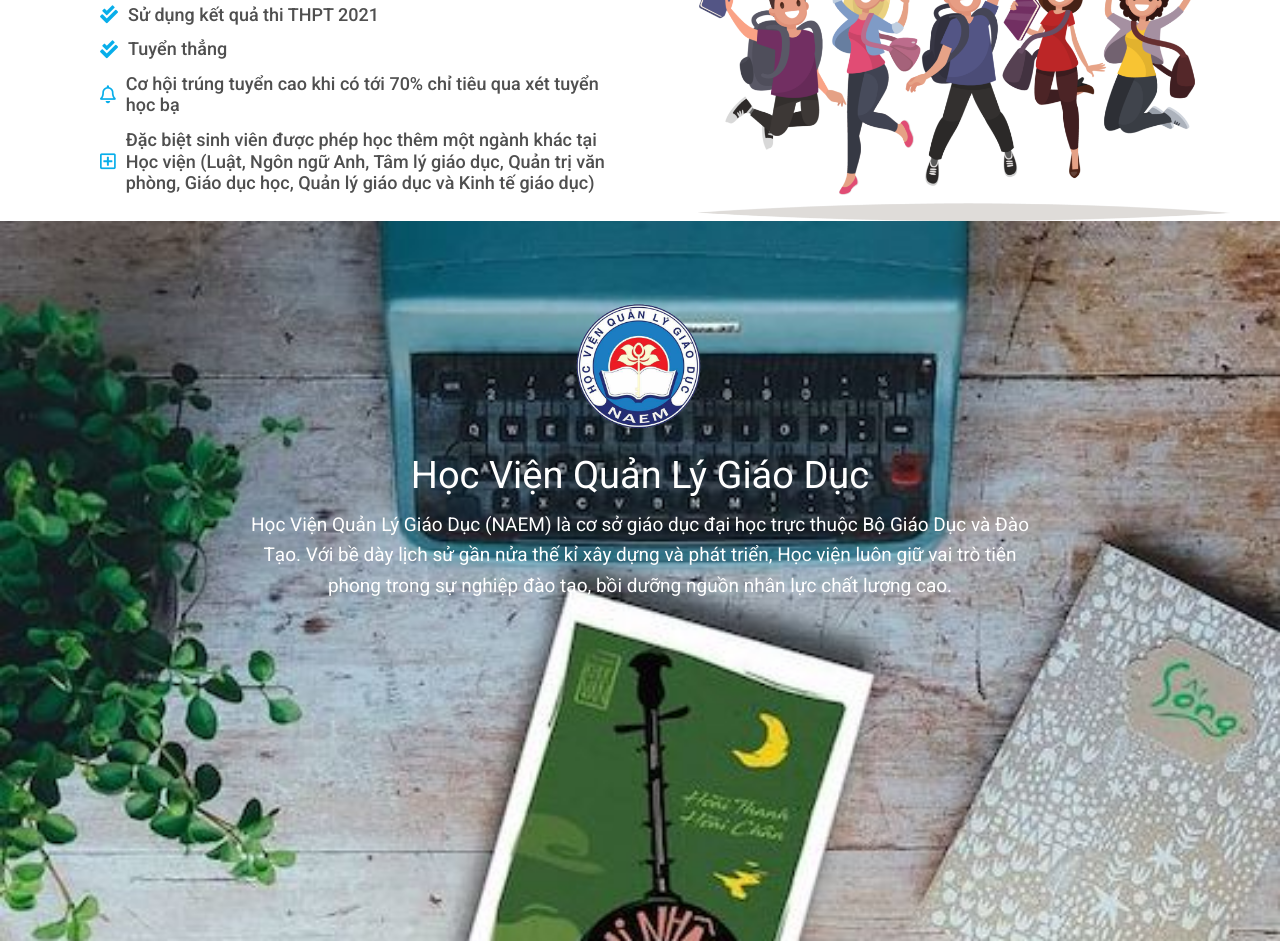
Repository: hongphuck1/trangweb1
Page: index.html
These files come from the project's save history. The page is drawn as it stood at one moment and after a run of saves; the edit follows.
The browser window is 1280 px wide. The page is 1288 px wide, so the pictures cover 1288 px, including what lies to the right of the window. The pictures show the part of the page from y = 872 to 1824 px (the page is 4941 px tall).

Above is the page before, as saved 2021-09-07 01:32:12.

After the next 4 saves:
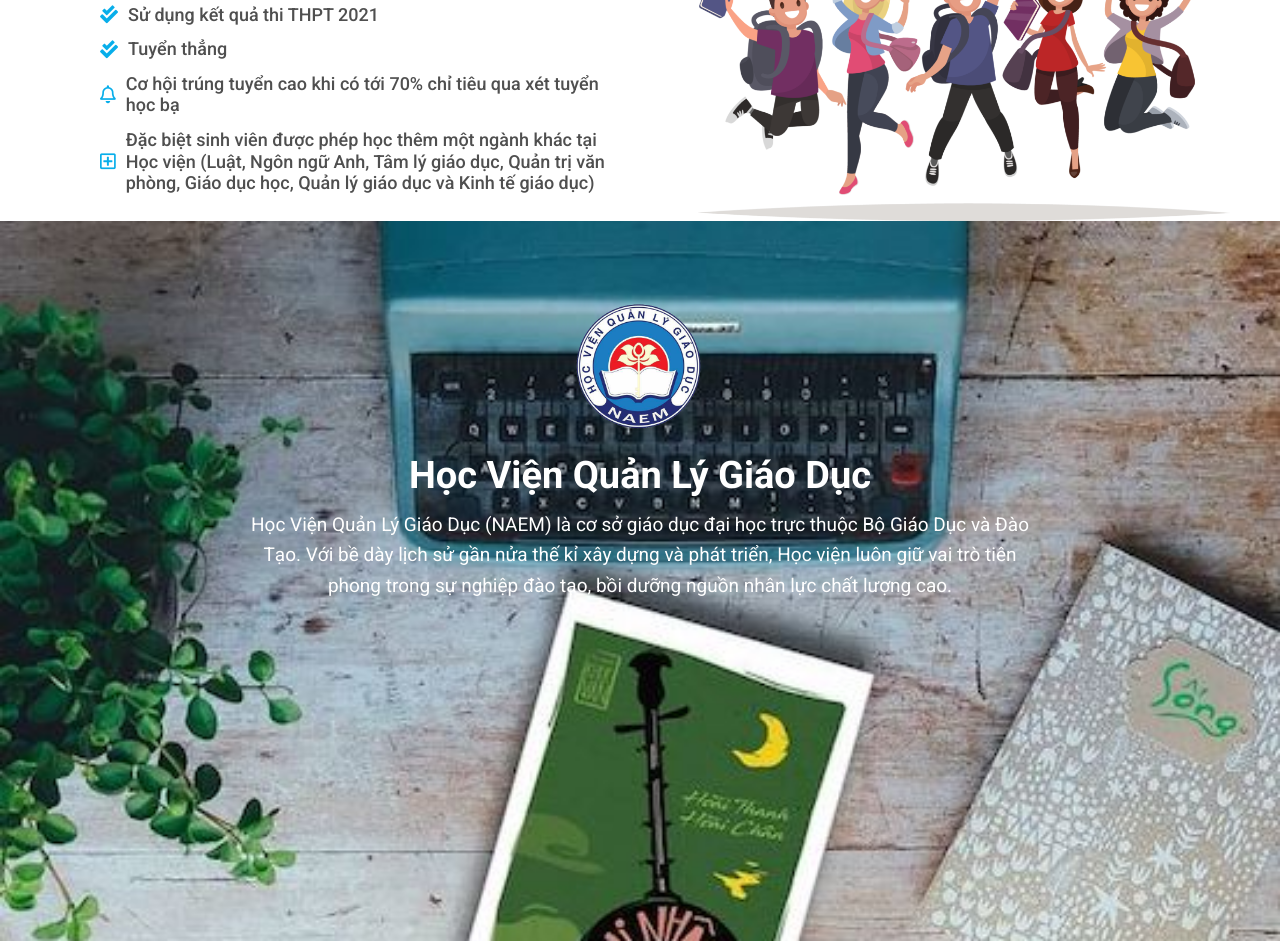
The 4 saves are shown as one change because they came seconds apart.
The last was saved 30 s later.
--- a/css/style.css
+++ b/css/style.css
@@ -258,7 +258,7 @@
 .container-body-review__name {
   font-size: 3.8rem;
   padding: 4px 0;
-  text-shadow: rgba(0,0,0,1);
+  font-weight: 600;
 }
 
 .container-body-review__title {
